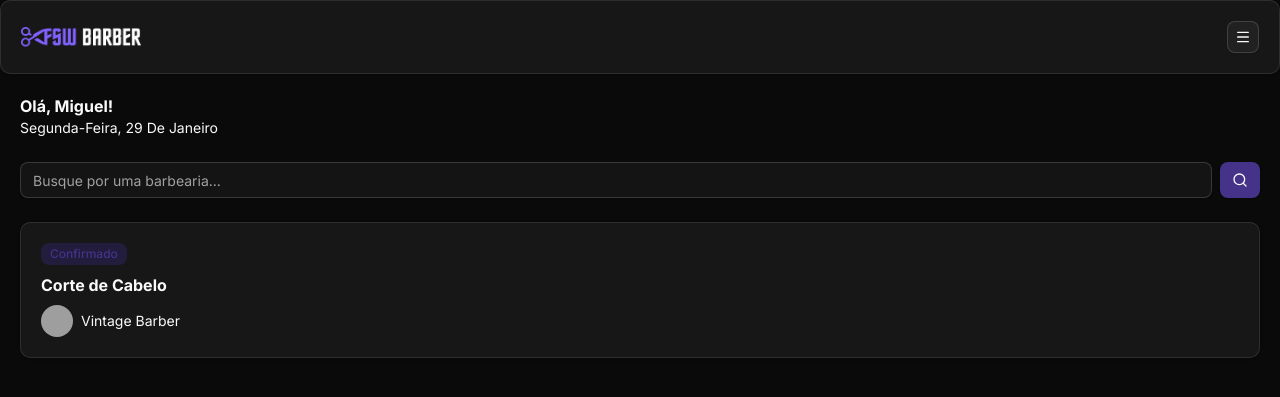
Repository: PaulinhoMachadooo/Barber
Page: /
These files come from the project's save history. The page is drawn as it stood at one moment and after the next save; the edit follows.
The browser window is 1280 px wide. The pictures show the whole page.
Pictures or frames that could not be fetched are drawn as grey boxes. The project was rebuilt for these pictures with package versions that can differ from the ones it lists, and the page was loaded fresh each time. The framework's server and built-in components were replaced by stand-ins that run in the browser. Also part of the build but not shown: next.config.ts.

Above is the page before, as saved 2025-04-13 18:46:38.

### app/layout.tsx
import type { Metadata } from "next";
import { Inter } from "next/font/google";
import "./globals.css";


const inter = Inter({ subsets: ["latin"] });

export const metadata: Metadata = {
  title: "Create Next App",
  description: "Generated by create next app",
};

export default function RootLayout({
  children,
}: Readonly<{
  children: React.ReactNode;
}>) {
  return (
    <html lang="en">
      <body className={`${inter.className} dark`}>
        {children}

      </body>
    </html>
  );
}

### app/(home)/page.tsx
// eslint-disable-next-line @typescript-eslint/no-unused-vars
import Image from "next/image";
import Header from "../_components/header";
import { format } from "date-fns";
import { ptBR } from "date-fns/locale";
import Search from "./_components/search";
import BookingItem from "../_components/booking-item";


export default function Home() {
  return (
    <div>
      <Header />

        <div className="px-5 pt-5">
          <h2 className="tex-xl font-bold">Olá, Miguel!</h2>
          <p className="capitalize text-sm">
            {format(new Date(), "EEEE',' dd 'de' MMMM", {
                locale: ptBR,
            })}
          </p>
        </div>

        <div className="px-5 mt-6">
          <Search />
        </div>

        <div className="px-5 mt-6">
            <BookingItem />
        </div>
    </div>
  );
}

### app/globals.css
@import "tailwindcss";
@import "tw-animate-css";

@custom-variant dark (&:is(.dark *));

@theme inline {
  --color-background: var(--background);
  --color-foreground: var(--foreground);
  --font-sans: var(--font-geist-sans);
  --font-mono: var(--font-geist-mono);
  --color-sidebar-ring: var(--sidebar-ring);
  --color-sidebar-border: var(--sidebar-border);
  --color-sidebar-accent-foreground: var(--sidebar-accent-foreground);
  --color-sidebar-accent: var(--sidebar-accent);
  --color-sidebar-primary-foreground: var(--sidebar-primary-foreground);
  --color-sidebar-primary: var(--sidebar-primary);
  --color-sidebar-foreground: var(--sidebar-foreground);
  --color-sidebar: var(--sidebar);
  --color-chart-5: var(--chart-5);
  --color-chart-4: var(--chart-4);
  --color-chart-3: var(--chart-3);
  --color-chart-2: var(--chart-2);
  --color-chart-1: var(--chart-1);
  --color-ring: var(--ring);
  --color-input: var(--input);
  --color-border: var(--border);
  --color-destructive: var(--destructive);
  --color-accent-foreground: var(--accent-foreground);
  --color-accent: var(--accent);
  --color-muted-foreground: var(--muted-foreground);
  --color-muted: var(--muted);
  --color-secondary-foreground: var(--secondary-foreground);
  --color-secondary: var(--secondary);
  --color-primary-foreground: var(--primary-foreground);
  --color-primary: var(--primary);
  --color-popover-foreground: var(--popover-foreground);
  --color-popover: var(--popover);
  --color-card-foreground: var(--card-foreground);
  --color-card: var(--card);
  --radius-sm: calc(var(--radius) - 4px);
  --radius-md: calc(var(--radius) - 2px);
  --radius-lg: var(--radius);
  --radius-xl: calc(var(--radius) + 4px);
}

:root {
  --radius: 0.625rem;
  --background: oklch(1 0 0);
  --foreground: oklch(0.145 0 0);
  --card: oklch(1 0 0);
  --card-foreground: oklch(0.145 0 0);
  --popover: oklch(1 0 0);
  --popover-foreground: oklch(0.145 0 0);
  --primary: oklch(0.205 0 0);
  --primary-foreground: oklch(0.985 0 0);
  --secondary: oklch(0.97 0 0);
  --secondary-foreground: oklch(0.205 0 0);
  --muted: oklch(0.97 0 0);
  --muted-foreground: oklch(0.556 0 0);
  --accent: oklch(0.97 0 0);
  --accent-foreground: oklch(0.205 0 0);
  --destructive: oklch(0.577 0.245 27.325);
  --border: oklch(0.922 0 0);
  --input: oklch(0.922 0 0);
  --ring: oklch(0.708 0 0);
  --chart-1: oklch(0.646 0.222 41.116);
  --chart-2: oklch(0.6 0.118 184.704);
  --chart-3: oklch(0.398 0.07 227.392);
  --chart-4: oklch(0.828 0.189 84.429);
  --chart-5: oklch(0.769 0.188 70.08);
  --sidebar: oklch(0.985 0 0);
  --sidebar-foreground: oklch(0.145 0 0);
  --sidebar-primary: oklch(0.205 0 0);
  --sidebar-primary-foreground: oklch(0.985 0 0);
  --sidebar-accent: oklch(0.97 0 0);
  --sidebar-accent-foreground: oklch(0.205 0 0);
  --sidebar-border: oklch(0.922 0 0);
  --sidebar-ring: oklch(0.708 0 0);
}

.dark {
  --background: oklch(0.145 0 0);
  --foreground: oklch(0.985 0 0);
  --card: oklch(0.205 0 0);
  --card-foreground: oklch(0.985 0 0);
  --popover: oklch(0.205 0 0);
  --popover-foreground: oklch(0.985 0 0);
  --primary: oklch(0.39 0.1349 287.34);
  --primary-foreground: oklch(0.985 0 0);
  --secondary: oklch(0.269 0 0);
  --secondary-foreground: oklch(0.985 0 0);
  --muted: oklch(0.269 0 0);
  --muted-foreground: oklch(0.708 0 0);
  --accent: oklch(0.269 0 0);
  --accent-foreground: oklch(0.985 0 0);
  --destructive: oklch(0.704 0.191 22.216);
  --border: oklch(1 0 0 / 10%);
  --input: oklch(1 0 0 / 15%);
  --ring: oklch(0.556 0 0);
  --chart-1: oklch(0.488 0.243 264.376);
  --chart-2: oklch(0.696 0.17 162.48);
  --chart-3: oklch(0.769 0.188 70.08);
  --chart-4: oklch(0.627 0.265 303.9);
  --chart-5: oklch(0.645 0.246 16.439);
  --sidebar: oklch(0.205 0 0);
  --sidebar-foreground: oklch(0.985 0 0);
  --sidebar-primary: oklch(0.488 0.243 264.376);
  --sidebar-primary-foreground: oklch(0.985 0 0);
  --sidebar-accent: oklch(0.269 0 0);
  --sidebar-accent-foreground: oklch(0.985 0 0);
  --sidebar-border: oklch(1 0 0 / 10%);
  --sidebar-ring: oklch(0.556 0 0);
}

@layer base {
  * {
    @apply border-border outline-ring/50;
  }
  body {
    @apply bg-background text-foreground;
  }
}

### app/_components/header.tsx
import Image from "next/image";
import { Card, CardContent } from "./ui/card"
import { Button } from "@/app/_components/ui/button";
import { MenuIcon } from "lucide-react";

const Header = () => {
    return (
        <Card>
            <CardContent className="p-5 justify-between items-center flex flex-row" >
                 <Image src="/logo.png" alt="FSW Barber" height={18} width={120} />
                 <Button variant="outline" size="icon" className="h-8 w-8">
                    <MenuIcon size={16} />
                 </Button>
            </CardContent>
        </Card>
     );
}

export default Header;

### app/(home)/_components/search.tsx
"use client";

import { Button } from "@/app/_components/ui/button";
import { Input } from "@/app/_components/ui/input";
import { SearchIcon } from "lucide-react";

const Search = () => {
    return (
        <div className="flex items-center gap-2">
           <Input placeholder="Busque por uma barbearia..."/>
           <Button variant="default" >
                <SearchIcon size={20} />
           </Button>
        </div>
     );
};

export default Search;

### app/_components/booking-item.tsx
import { Avatar, AvatarImage, AvatarFallback } from "./ui/avatar";
import { Badge } from "./ui/badge";
import { Card, CardContent } from "./ui/card";


const  BookingItem = () => {
    return (
        <Card>
            <CardContent className="p-5">
                <div className="flex flex-col gap-2">
                    <Badge className="bg-[#221C3D] text-primary hover:bg-[#221C3D] w-fit">Confirmado</Badge>
                    <h2 className="font-bold">Corte de Cabelo</h2>

                    <div className="flex items-center gap-2">
                        <Avatar>
                            <AvatarImage src="https://utfs.io/f/0ddfbd26-a424-43a0-aaf3-c3f1dc6be6d1-1kgxo7.png"/>

                            <AvatarFallback>A</AvatarFallback>
                        </Avatar>

                        <h3 className="text-sm">Vintage Barber</h3>
                    </div>
                </div>
            </CardContent>
        </Card>

     );
}




export default BookingItem;

### app/_components/ui/card.tsx
import * as React from "react"

import { cn } from "@/app/_lib/utils"

const Card = React.forwardRef<
  HTMLDivElement,
  React.HTMLAttributes<HTMLDivElement>
>(({ className, ...props }, ref) => (
  <div
    ref={ref}
    className={cn(
      "rounded-lg border bg-card text-card-foreground shadow-sm",
      className
    )}
    {...props}
  />
))
Card.displayName = "Card"

const CardHeader = React.forwardRef<
  HTMLDivElement,
  React.HTMLAttributes<HTMLDivElement>
>(({ className, ...props }, ref) => (
  <div
    ref={ref}
    className={cn("flex flex-col space-y-1.5 p-6", className)}
    {...props}
  />
))
CardHeader.displayName = "CardHeader"

const CardTitle = React.forwardRef<
  HTMLParagraphElement,
  React.HTMLAttributes<HTMLHeadingElement>
>(({ className, ...props }, ref) => (
  <h3
    ref={ref}
    className={cn(
      "text-2xl font-semibold leading-none tracking-tight",
      className
    )}
    {...props}
  />
))
CardTitle.displayName = "CardTitle"

const CardDescription = React.forwardRef<
  HTMLParagraphElement,
  React.HTMLAttributes<HTMLParagraphElement>
>(({ className, ...props }, ref) => (
  <p
    ref={ref}
    className={cn("text-sm text-muted-foreground", className)}
    {...props}
  />
))
CardDescription.displayName = "CardDescription"

const CardContent = React.forwardRef<
  HTMLDivElement,
  React.HTMLAttributes<HTMLDivElement>
>(({ className, ...props }, ref) => (
  <div ref={ref} className={cn("p-6 pt-0", className)} {...props} />
))
CardContent.displayName = "CardContent"

const CardFooter = React.forwardRef<
  HTMLDivElement,
  React.HTMLAttributes<HTMLDivElement>
>(({ className, ...props }, ref) => (
  <div
    ref={ref}
    className={cn("flex items-center p-6 pt-0", className)}
    {...props}
  />
))
CardFooter.displayName = "CardFooter"

export { Card, CardHeader, CardFooter, CardTitle, CardDescription, CardContent }

### app/_components/ui/button.tsx
import * as React from "react"
import { Slot } from "@radix-ui/react-slot"
import { cva, type VariantProps } from "class-variance-authority"

import { cn } from "@/app/_lib/utils"

const buttonVariants = cva(
  "inline-flex items-center justify-center gap-2 whitespace-nowrap rounded-md text-sm font-medium transition-all disabled:pointer-events-none disabled:opacity-50 [&_svg]:pointer-events-none [&_svg:not([class*='size-'])]:size-4 shrink-0 [&_svg]:shrink-0 outline-none focus-visible:border-ring focus-visible:ring-ring/50 focus-visible:ring-[3px] aria-invalid:ring-destructive/20 dark:aria-invalid:ring-destructive/40 aria-invalid:border-destructive",
  {
    variants: {
      variant: {
        default:
          "bg-primary text-primary-foreground shadow-xs hover:bg-primary/90",
        destructive:
          "bg-destructive text-white shadow-xs hover:bg-destructive/90 focus-visible:ring-destructive/20 dark:focus-visible:ring-destructive/40 dark:bg-destructive/60",
        outline:
          "border bg-background shadow-xs hover:bg-accent hover:text-accent-foreground dark:bg-input/30 dark:border-input dark:hover:bg-input/50",
        secondary:
          "bg-secondary text-secondary-foreground shadow-xs hover:bg-secondary/80",
        ghost:
          "hover:bg-accent hover:text-accent-foreground dark:hover:bg-accent/50",
        link: "text-primary underline-offset-4 hover:underline",
      },
      size: {
        default: "h-9 px-4 py-2 has-[>svg]:px-3",
        sm: "h-8 rounded-md gap-1.5 px-3 has-[>svg]:px-2.5",
        lg: "h-10 rounded-md px-6 has-[>svg]:px-4",
        icon: "size-9",
      },
    },
    defaultVariants: {
      variant: "default",
      size: "default",
    },
  }
)

function Button({
  className,
  variant,
  size,
  asChild = false,
  ...props
}: React.ComponentProps<"button"> &
  VariantProps<typeof buttonVariants> & {
    asChild?: boolean
  }) {
  const Comp = asChild ? Slot : "button"

  return (
    <Comp
      data-slot="button"
      className={cn(buttonVariants({ variant, size, className }))}
      {...props}
    />
  )
}

export { Button, buttonVariants }

### app/_components/ui/input.tsx
import * as React from "react"

import { cn } from "@/app/_lib/utils"

function Input({ className, type, ...props }: React.ComponentProps<"input">) {
  return (
    <input
      type={type}
      data-slot="input"
      className={cn(
        "file:text-foreground placeholder:text-muted-foreground selection:bg-primary selection:text-primary-foreground dark:bg-input/30 border-input flex h-9 w-full min-w-0 rounded-md border bg-transparent px-3 py-1 text-base shadow-xs transition-[color,box-shadow] outline-none file:inline-flex file:h-7 file:border-0 file:bg-transparent file:text-sm file:font-medium disabled:pointer-events-none disabled:cursor-not-allowed disabled:opacity-50 md:text-sm",
        "focus-visible:border-ring focus-visible:ring-ring/50 focus-visible:ring-[3px]",
        "aria-invalid:ring-destructive/20 dark:aria-invalid:ring-destructive/40 aria-invalid:border-destructive",
        className
      )}
      {...props}
    />
  )
}

export { Input }

### app/_components/ui/avatar.tsx
"use client"

import * as React from "react"
import * as AvatarPrimitive from "@radix-ui/react-avatar"

import { cn } from "@/app/_lib/utils"

function Avatar({
  className,
  ...props
}: React.ComponentProps<typeof AvatarPrimitive.Root>) {
  return (
    <AvatarPrimitive.Root
      data-slot="avatar"
      className={cn(
        "relative flex size-8 shrink-0 overflow-hidden rounded-full",
        className
      )}
      {...props}
    />
  )
}

function AvatarImage({
  className,
  ...props
}: React.ComponentProps<typeof AvatarPrimitive.Image>) {
  return (
    <AvatarPrimitive.Image
      data-slot="avatar-image"
      className={cn("aspect-square size-full", className)}
      {...props}
    />
  )
}

function AvatarFallback({
  className,
  ...props
}: React.ComponentProps<typeof AvatarPrimitive.Fallback>) {
  return (
    <AvatarPrimitive.Fallback
      data-slot="avatar-fallback"
      className={cn(
        "bg-muted flex size-full items-center justify-center rounded-full",
        className
      )}
      {...props}
    />
  )
}

export { Avatar, AvatarImage, AvatarFallback }

### app/_components/ui/badge.tsx
import * as React from "react"
import { Slot } from "@radix-ui/react-slot"
import { cva, type VariantProps } from "class-variance-authority"

import { cn } from "@/app/_lib/utils"

const badgeVariants = cva(
  "inline-flex items-center justify-center rounded-md border px-2 py-0.5 text-xs font-medium w-fit whitespace-nowrap shrink-0 [&>svg]:size-3 gap-1 [&>svg]:pointer-events-none focus-visible:border-ring focus-visible:ring-ring/50 focus-visible:ring-[3px] aria-invalid:ring-destructive/20 dark:aria-invalid:ring-destructive/40 aria-invalid:border-destructive transition-[color,box-shadow] overflow-hidden",
  {
    variants: {
      variant: {
        default:
          "border-transparent bg-primary text-primary-foreground [a&]:hover:bg-primary/90",
        secondary:
          "border-transparent bg-secondary text-secondary-foreground [a&]:hover:bg-secondary/90",
        destructive:
          "border-transparent bg-destructive text-white [a&]:hover:bg-destructive/90 focus-visible:ring-destructive/20 dark:focus-visible:ring-destructive/40 dark:bg-destructive/60",
        outline:
          "text-foreground [a&]:hover:bg-accent [a&]:hover:text-accent-foreground",
      },
    },
    defaultVariants: {
      variant: "default",
    },
  }
)

function Badge({
  className,
  variant,
  asChild = false,
  ...props
}: React.ComponentProps<"span"> &
  VariantProps<typeof badgeVariants> & { asChild?: boolean }) {
  const Comp = asChild ? Slot : "span"

  return (
    <Comp
      data-slot="badge"
      className={cn(badgeVariants({ variant }), className)}
      {...props}
    />
  )
}

export { Badge, badgeVariants }

Loaded but not shown: app/_lib/utils.ts (common file)

After the next save:
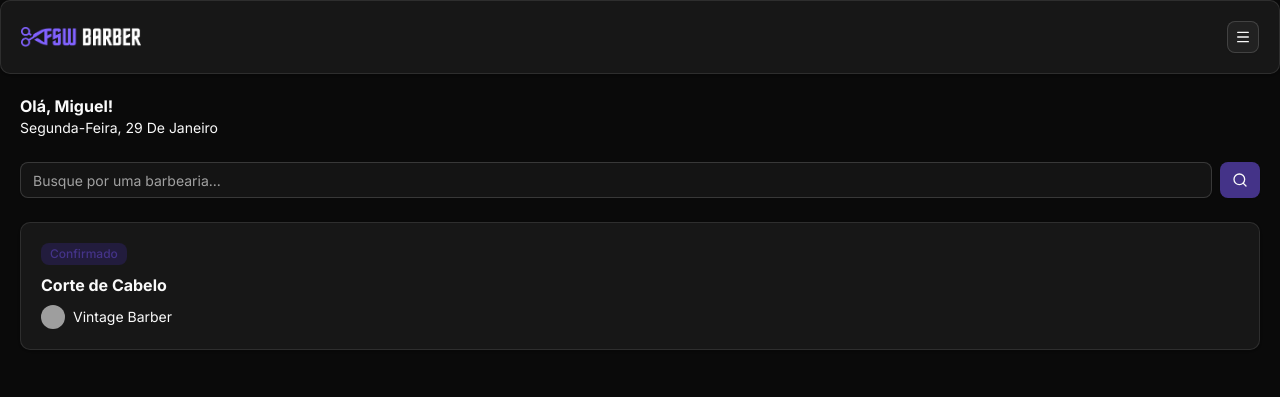
Saved 92 s later.
--- a/app/_components/booking-item.tsx
+++ b/app/_components/booking-item.tsx
@@ -12,7 +12,7 @@ const  BookingItem = () => {
                     <h2 className="font-bold">Corte de Cabelo</h2>
 
                     <div className="flex items-center gap-2">
-                        <Avatar>
+                        <Avatar className="h-6 w-6">
                             <AvatarImage src="https://utfs.io/f/0ddfbd26-a424-43a0-aaf3-c3f1dc6be6d1-1kgxo7.png"/>
 
                             <AvatarFallback>A</AvatarFallback>
